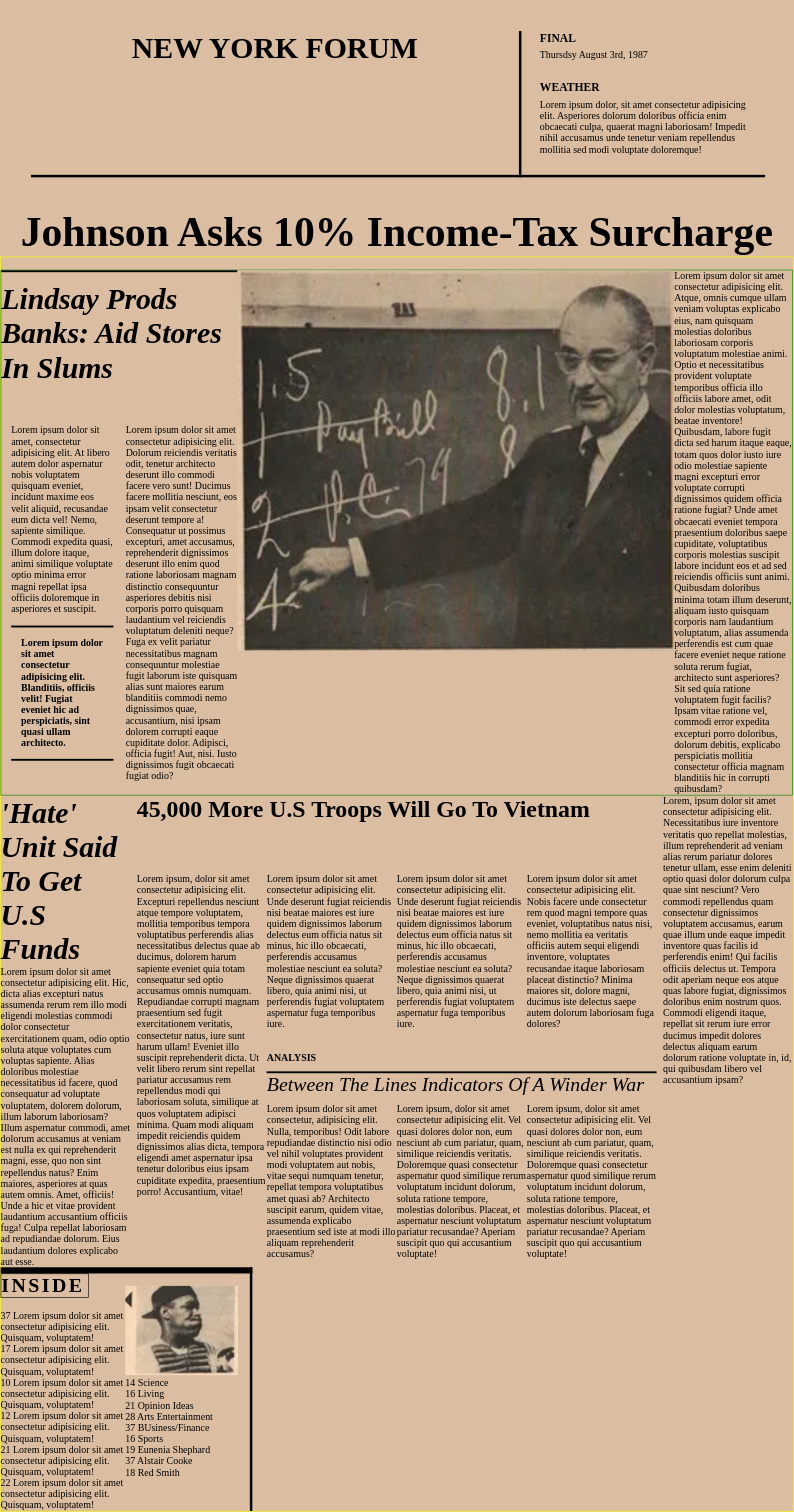
Repository: Arkitecth/newspaper-grid
Page: index.html
These files come from the project's save history. The page is drawn as it stood at one moment and after the next save; the edit follows.
The browser window is 1280 px wide. The pictures show the whole page, at 62% of full size.

Above is the page before, as saved 2023-05-29 22:20:03.

After the next save:
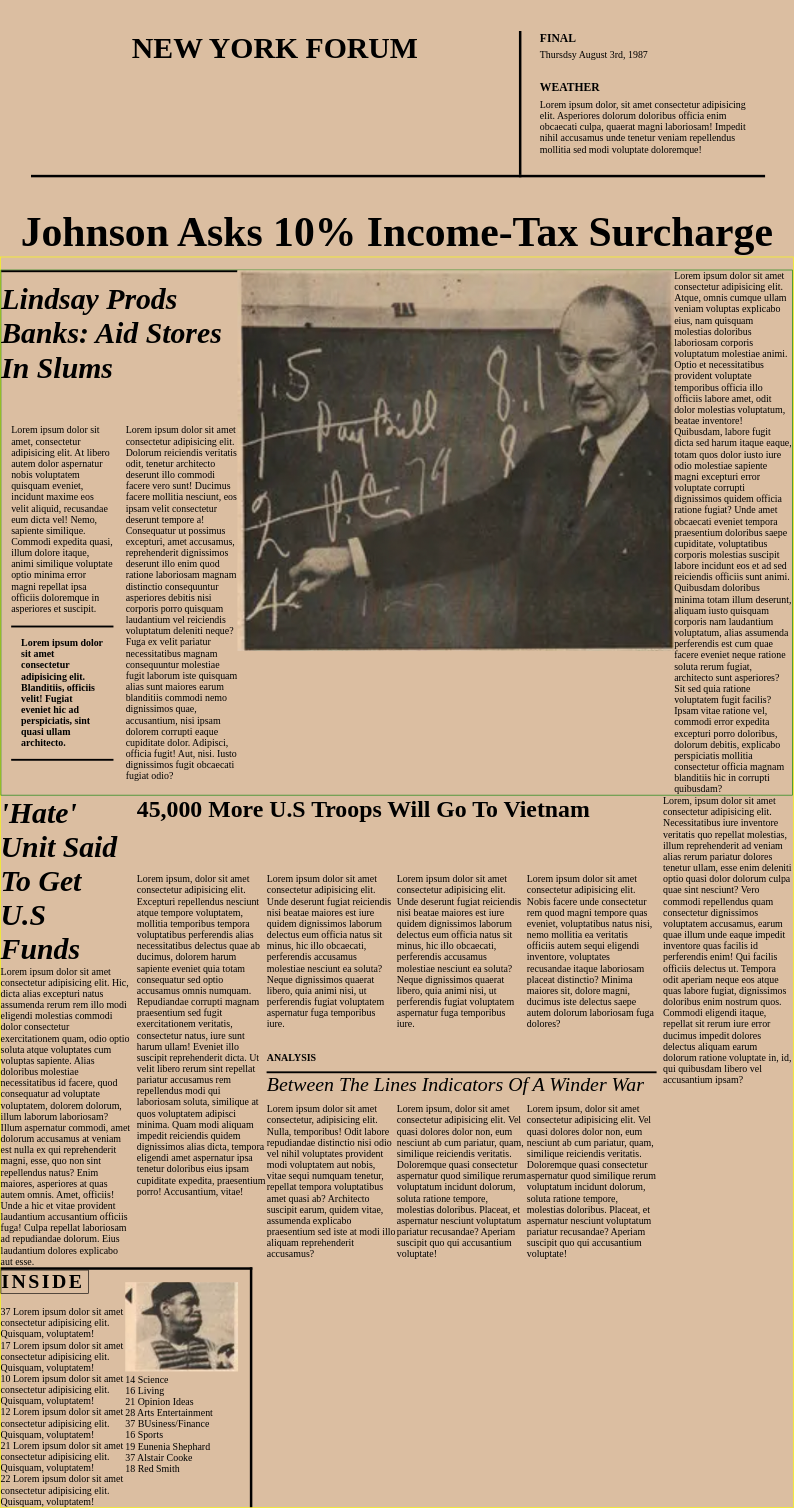
Saved 12 s later.
--- a/styles.css
+++ b/styles.css
@@ -164,7 +164,6 @@
     grid-template-columns: 1fr 1fr;
     border-right: 4px solid black;
     border-top: 4px solid black;
-    border-top-width: 10px;
 }
 
 .first-column h3{
